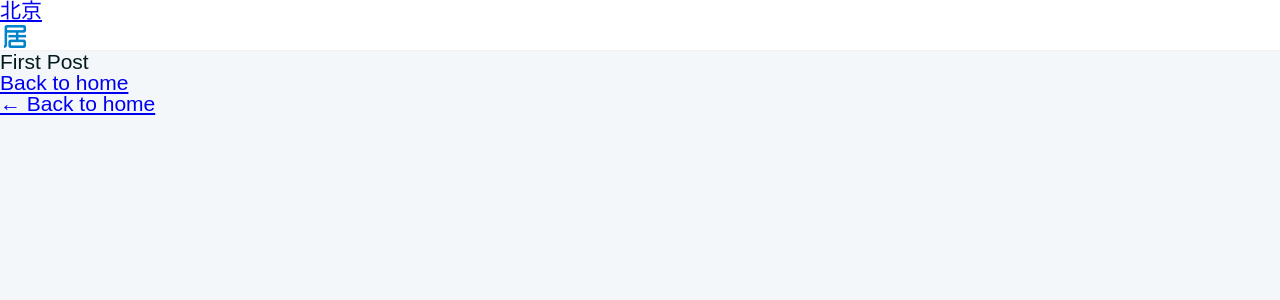
Repository: happy760690/nextjs-react
Page: /posts/first-post
The author's editor kept a copy of each file at every save. The page is drawn from the files as they stood at one save, then again after the next save.
The browser window is 1280 px wide. The pictures show the whole page.
The project was rebuilt for these pictures with package versions that can differ from the ones it lists, and the page was loaded fresh each time. The framework's server and built-in components were replaced by stand-ins that run in the browser. Also part of the build but not shown: next.config.js, styles/utils.module.css.

Above is the page before, as saved 2021-07-16 17:20:08.

### pages/_app.tsx
/*
 * @Name: 文件名称
 * @Description: 该文件描述
 * @Author: Mingjuan
 * @Date: 1985-10-26 16:15:00
 * @Editors: Mingjuan
 */
import '../styles/scss/index.scss'
import { AppProps } from 'next/app'


function App({ Component, pageProps }: AppProps) {
  return <Component {...pageProps} />
}

export default App

### pages/posts/first-post.js
/*
 * @Name: 文件名称
 * @Description: 该文件描述
 * @Author: Mingjuan
 * @Date: 2021-06-29 11:22:19
 * @Editors: Mingjuan
 */
import Link from "next/link"
import Head from "next/head"
import Layout from "../../components/layout"

export default function FirstPost(){
    return (
        <Layout>
            <Head>
                <title>First Post</title>
            </Head>
            <h1>First Post</h1>
            <h2>
                <Link href="/">
                    <a>Back to home</a>
                </Link>
            </h2>
        </Layout>
    )
}

### styles/scss/index.scss
@import "./reset.scss";
// @import "./icon.scss";
@import "./base.scss";

### components/layout.tsx
/*
 * @Name: 文件名称
 * @Description: 该文件描述
 * @Author: Mingjuan
 * @Date: 2021-06-29 15:22:24
 * @Editors: Mingjuan
 */
import Head from 'next/head'
import styles from './layout.module.scss'
import Link from 'next/link'
import HeaderTemplate from './headerTemplate'

const name = 'Mingjuan Ma'
export const siteTitle = 'Next.js Sample Website'

export default function Layout({ children, home }: {
  children: React.ReactNode
  home?: boolean
}) {
  return (
    <div className={styles.container}>
      <Head>

        {/* <link rel="icon" href="/favicon.ico" /> */}

        <meta name="format-detection" content="telephone=no"></meta>
        <meta name="renderer" content="webkit"/>
        <meta name="screen-orientation" content="portrait"></meta>
        <meta name="x5-orientation" content="portrait" ></meta>

        <meta name="viewport" content="width=device-width, initial-scale=1,user-scalable=no,minimal-ui,maximum-scale=1.0,minimum-scale=1.0"></meta>
        <meta name="full-screen" content="yes"></meta>
        <meta name="apple-mobile-web-app-capable" content="yes" />
        {/* <meta http-equiv="Cache-Control" content="no-transform"/> */}
        {/* <meta http-equiv="Cache-Control" content="no-siteapp" /> */}
        <meta name="applicable-device" content="mobile"></meta>
        <meta name="location" content="province=上海;city=上海;coord=121.480756,31.235991"></meta>
        <meta name="wap-font-scale" content="no"></meta>


        {/* <meta http-equiv="Content-Type" content="text/html; charset=UTF-8" /> */}
        <meta name="apple-mobile-web-app-status-bar-style" content="black" />
        <meta name="keywords" content={siteTitle}/>
        <meta
          name="description"
          content={siteTitle}
        />
        <meta
          property="og:image"
          content={`https://og-image.vercel.app/${encodeURI(
            siteTitle
          )}.png?theme=light&md=0&fontSize=75px&images=https%3A%2F%2Fassets.vercel.com%2Fimage%2Fupload%2Ffront%2Fassets%2Fdesign%2Fnextjs-black-logo.svg`}
        />
        <meta name="og:title" content={siteTitle} />
        <meta name="twitter:card" content="summary_large_image" />


        <script src="/js/flexible.js"></script>
      </Head>
      {/* 头部内容 */}
      <HeaderTemplate city="北京" home/>
      {/* 子内容 */}
      <main>{children}</main>
      {/* 底部内容 */}
      {!home && (
        <div className={styles.backToHome}>
          <Link href="/">
            <a>← Back to home</a>
          </Link>
        </div>
      )}
    </div>
  )
}

### styles/scss/variable.scss
// 颜色定义规范
$color-background: #F4F7F9;
$color-bg-white: #fff;

// 字体相关颜色
$color-theme-text: #00C0EB;
$color-text-main: #031A1F;
$color-text-gray: #7E8C8F;
$color-text-gray-light: #99A4A6;
$color-text-orange: #FA5F35;
$color-text-gray-subtitle:#8D9799;

// 按钮颜色
$color-btn-green: #12C48E;
$color-btn-blue: #00C0EB;
$color-btn-gray: #7E8C8F;
$color-tag-bg-gray: #F0F4F5;

// 字体定义规范
$font-size-small-s: 11px;
$font-size-small: 12px;
$font-size-medium: 14px;
$font-size-medium-x: 16px;
$font-size-large: 18px;
$font-size-large-x: 21px;

### styles/scss/base.scss
/**
* 基础样式
*/

body, html {
    line-height: 1;
    font-family: 'PingFang SC', 'STHeitiSC-Light', 'Helvetica-Light', arial, sans-serif, 'Droid Sans Fallback';
    user-select: none;
    -webkit-tap-highlight-color: transparent;
    background: $color-background;
    color: $color-text-main;
  }

  .g-relative {
    position: relative;
  }

  @keyframes rotate {
    0% {
      transform: rotate(0)
    }

    100% {
      transform: rotate(360deg)
    }
  }

### components/layout.module.scss
.container {
  // max-width: 36rem;
  // padding: 0 1rem;
  // margin: 3rem auto 6rem;
  font-size: $font-size-large-x;
  background: $color-background;
}

### components/headerTemplate.tsx
/*
 * @Name: 文件名称
 * @Description: 该文件描述
 * @Author: Mingjuan
 * @Date: 2021-07-09 16:19:20
 * @Editors: Mingjuan
 */
import Image from 'next/image'
import Link from 'next/link'
import styles from './headerTemplate.module.scss'
import utilStyles from '../styles/utils.module.css'

export default function headerTemplate({ city, home}: {
    city: string,
    home?: boolean
}){
    return (
        <header className={styles.header}>
        {home ? (
          <>
              <div className="styles.top">
                <div className="styles.location">
                    <a href="###"> <span className="icon icon-location"></span>北京</a>
                </div>
                <div className="logo">
                    <img src="/images/logo.png" alt=""/>
                </div>
                <div className="search-ico">
                    <a href="#">
                        <span className="icon icon-search"></span>
                    </a>
                </div>
                <div className="user">
                    <a href="#"><span className="icon icon-user"></span></a>
                </div>
              </div>
          </>
        ) : (
          <>
            <h1>其它页面的头长这样</h1>
            <h2 className={utilStyles.headingLg}>
              <Link href="/">
                <a className={utilStyles.colorInherit}>{'其它页面的头部信息'}</a>
              </Link>
            </h2>
          </>
        )}
      </header>
    )
}

### components/headerTemplate.module.scss
.header {
    display: flex;
    height: 50px;
    color:#031A1F;
    background-color: $color-bg-white;
    border-bottom: 1px solid #f2f2f2;
}


// .header {
//     position: relative;
//     height: 1.17rem;
//     line-height: 1.1rem;
//     overflow: hidden
// }

.header .go-back {
    position: absolute;
    left: .15rem
}

.header .go-back a:hover {
    text-decoration: none
}

.header .go-back .icon-left {
    color: #666
}

Loaded but not shown: styles/scss/mixin.scss (common file); styles/scss/reset.scss (common file)

After the next save:
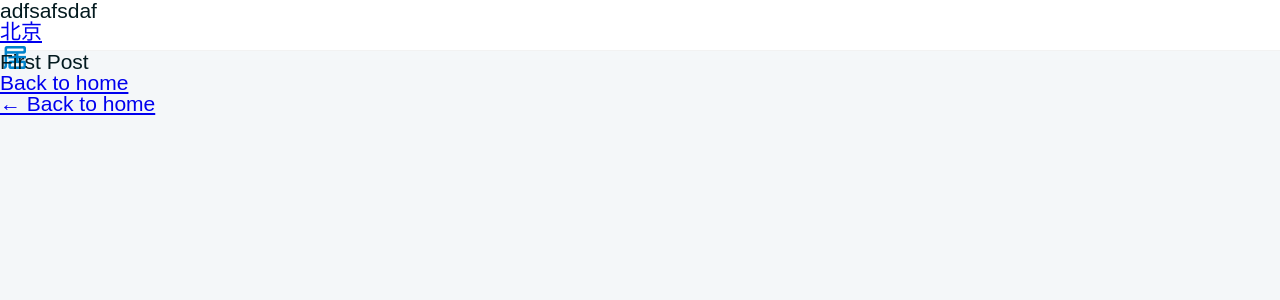
Saved 56 s later.
--- a/components/headerTemplate.tsx
+++ b/components/headerTemplate.tsx
@@ -18,7 +18,7 @@ export default function headerTemplate({ city, home}: {
         <header className={styles.header}>
         {home ? (
           <>
-              <div className="styles.top">
+              <div className="styles.top">adfsafsdaf
                 <div className="styles.location">
                     <a href="###"> <span className="icon icon-location"></span>北京</a>
                 </div>
